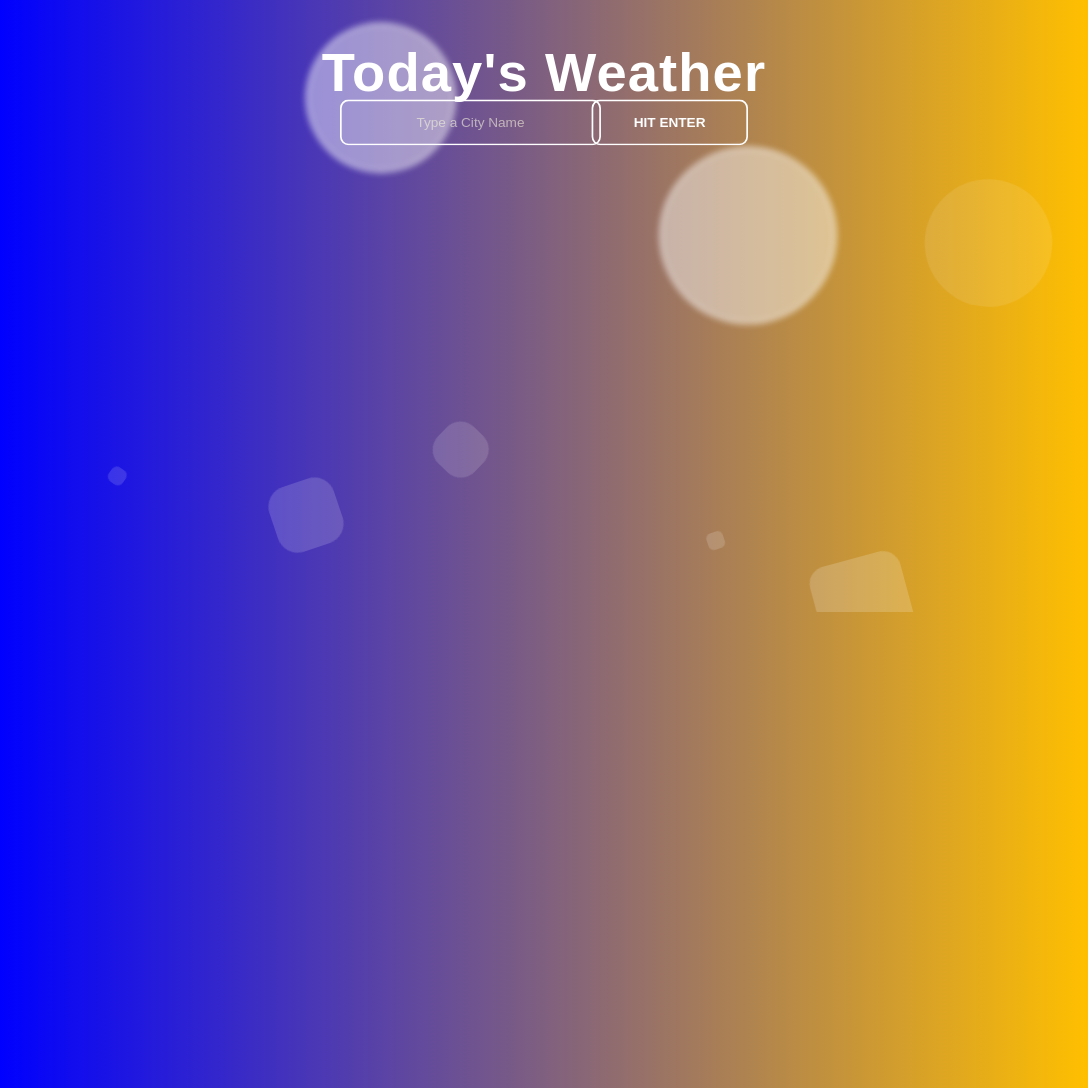
Repository: KayceeNguyen/bubleweather-app
Page: /
These files come from the project's save history. The page is drawn as it stood at one moment and after the next save; the edit follows.
The browser window is 1280 px wide. The pictures show the whole page, at 85% of full size.
The project was rebuilt for these pictures with package versions that can differ from the ones it lists, and the page was loaded fresh each time. The framework's server and built-in components were replaced by stand-ins that run in the browser. Also part of the build but not shown: next.config.js.

Above is the page before, as saved 2023-01-20 02:51:24.

After the next save:
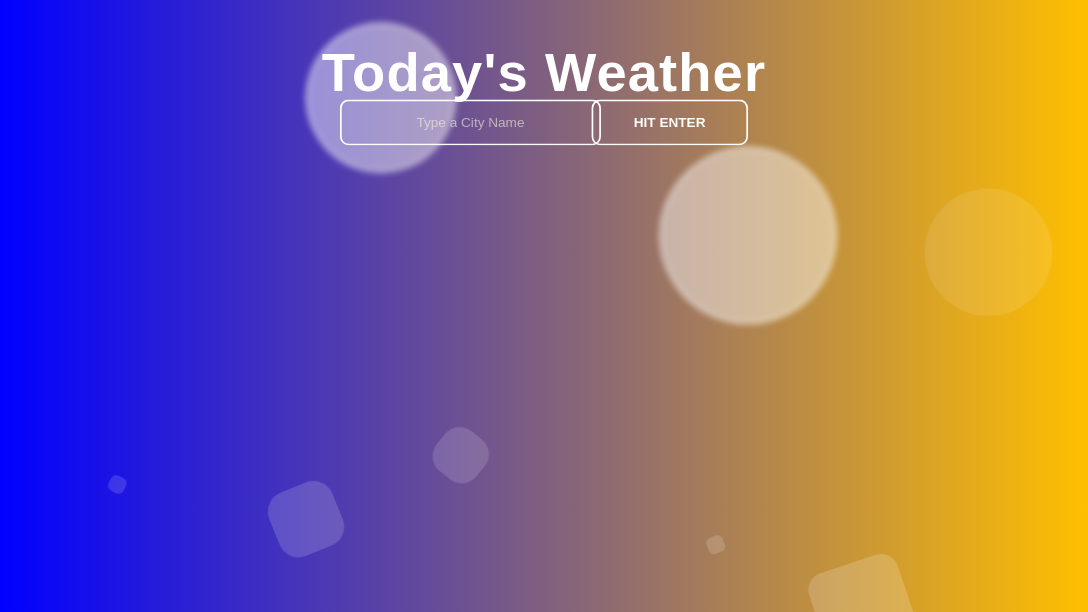
Saved 4 s later.
--- a/styles/Home.module.css
+++ b/styles/Home.module.css
@@ -4,7 +4,7 @@
   justify-content: space-between;
   align-items: center;
   padding: 6rem;
-  min-height: 100vh;
+  max-height: 100vh;
   font-family: Arial, Helvetica, sans-serif;
   color: white;
 }

After the save that followed:
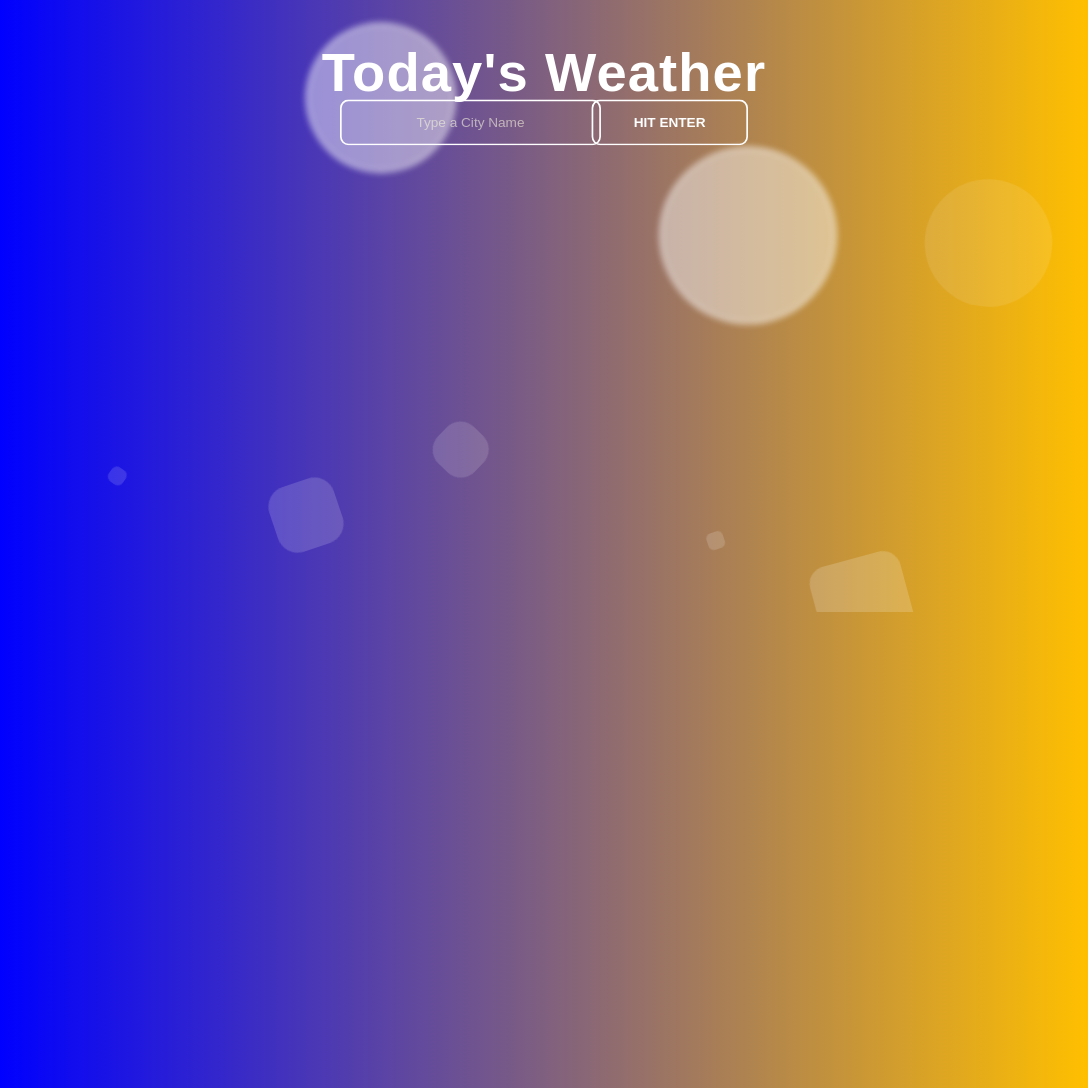
Saved 4 s later.
--- a/styles/Home.module.css
+++ b/styles/Home.module.css
@@ -4,7 +4,7 @@
   justify-content: space-between;
   align-items: center;
   padding: 6rem;
-  max-height: 100vh;
+  min-height: 100vh;
   font-family: Arial, Helvetica, sans-serif;
   color: white;
 }
